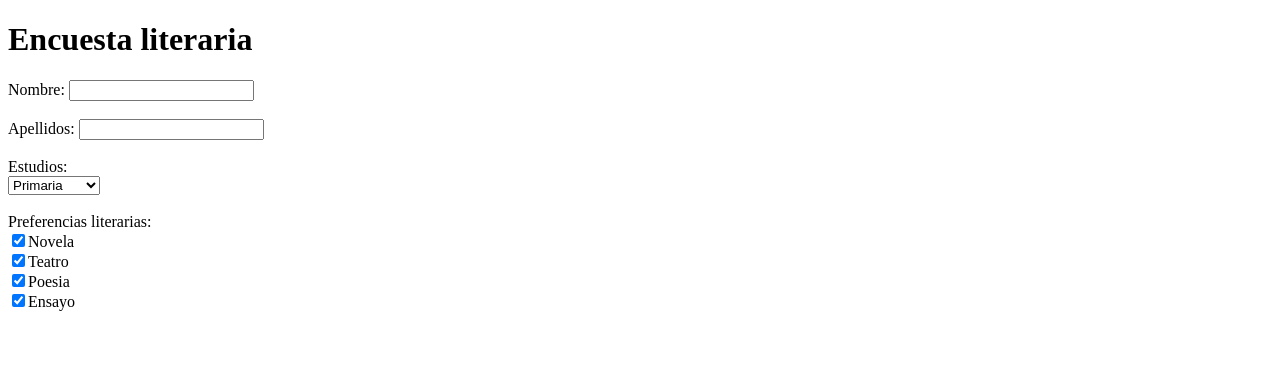
Repository: fernandoduran/JavaEE
Page: Encuesta/WebContent/index.html
An editor plug-in stored every save of this project. The page is shown before and after the next save, followed by the edit.
The browser window is 1280 px wide. The pictures show the whole page.

Above is the page before, as saved 2017-02-16 18:00:50.

### Encuesta/WebContent/index.html
<!DOCTYPE html>
<html>
	<head>
		<meta charset="UTF-8">
		<title>Encuesta</title>
	</head>

	<body>
		<h1>Encuesta literaria</h1>
		<form action="/Encuesta/mostrar" method="get">

			Nombre:
			<input type="text" name="nombre"><br><br>

			Apellidos:
			<input type="text" name="apellido"><br><br>

			Estudios:<br>
			<select name="estudios">
				<option>Primaria</option>
				<option>Secundaria</option>
				<option>Bachillerato</option>
			</select>

			<br><br>

			Preferencias literarias:<br>
			<input type="checkbox"  name="preferencias" value="Novela" checked>Novela<br>
			<input type="checkbox"  name="preferencias" value="Teatro" checked>Teatro<br>
			<input type="checkbox"  name="preferencias" value="Poesia" checked>Poesia<br>
			<input type="checkbox"  name="preferencias" value="Ensayo" checked>Ensayo<br>
		</form>
	</body>
</html>

After the next save:
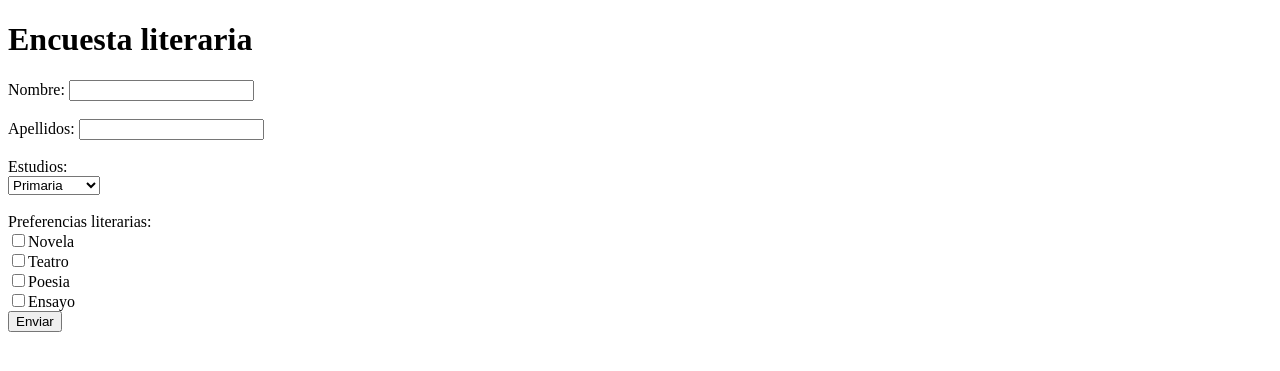
Saved 90 s later.
--- a/Encuesta/WebContent/index.html
+++ b/Encuesta/WebContent/index.html
@@ -25,10 +25,12 @@
 			<br><br>
 
 			Preferencias literarias:<br>
-			<input type="checkbox"  name="preferencias" value="Novela" checked>Novela<br>
-			<input type="checkbox"  name="preferencias" value="Teatro" checked>Teatro<br>
-			<input type="checkbox"  name="preferencias" value="Poesia" checked>Poesia<br>
-			<input type="checkbox"  name="preferencias" value="Ensayo" checked>Ensayo<br>
+			<input type="checkbox"  name="preferencias" value="Novela">Novela<br>
+			<input type="checkbox"  name="preferencias" value="Teatro">Teatro<br>
+			<input type="checkbox"  name="preferencias" value="Poesia">Poesia<br>
+			<input type="checkbox"  name="preferencias" value="Ensayo">Ensayo<br>
+
+			<input type="submit" name="enviar" value="Enviar">
 		</form>
 	</body>
 </html>
